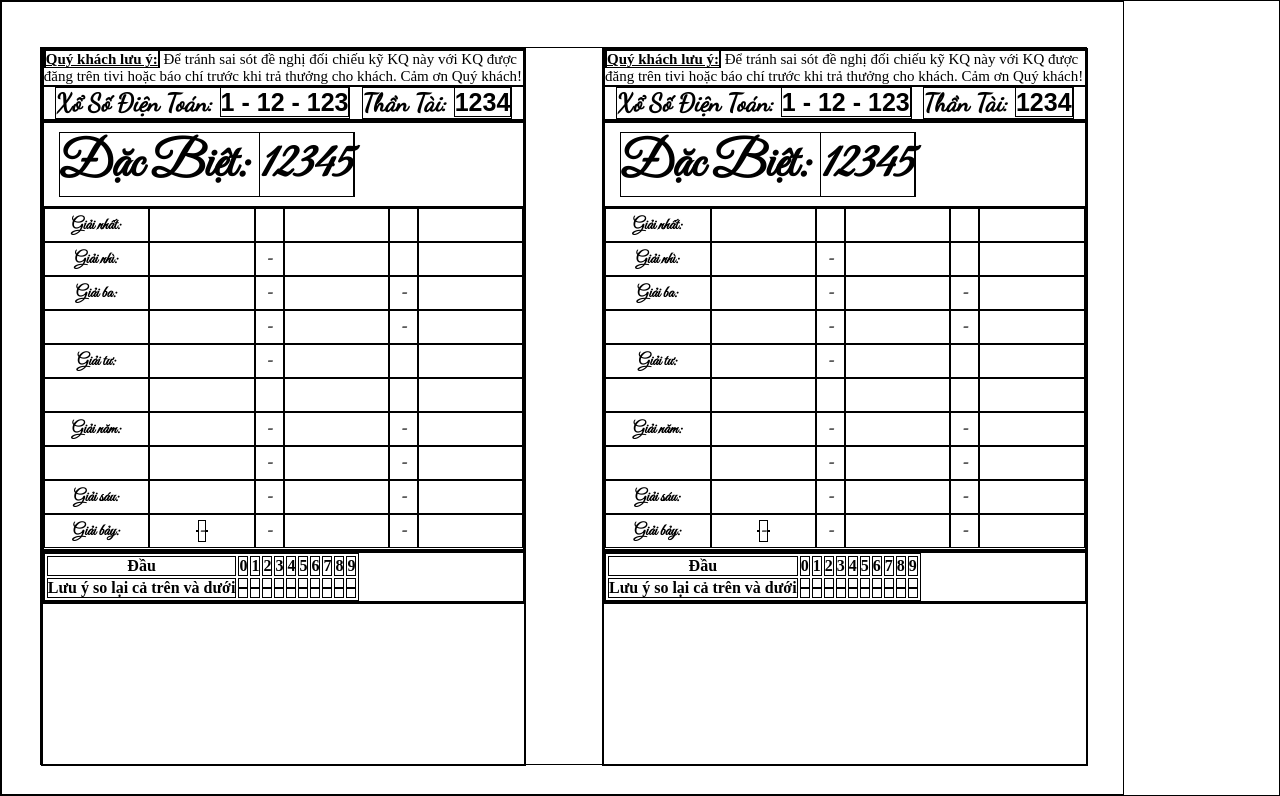
Repository: AnhDuc0125/xskt123
Page: index.html
An editor plug-in stored every save of this project. The page is shown before and after the next save, followed by the edit.
The browser window is 1280 px wide. The pictures show the whole page.
Some web fonts or font styles are not loaded; a fallback is used.

Above is the page before, as saved 2022-01-29 16:56:28.

### index.html
<!DOCTYPE html>
<html lang="en">
  <head>
    <meta charset="UTF-8" />
    <meta http-equiv="X-UA-Compatible" content="IE=edge" />
    <meta name="viewport" content="width=device-width, initial-scale=1.0" />
    <link rel="stylesheet" href="style.css" />
    <title>Document</title>
  </head>
  <body>
    <div class="boxed__container">
      <div class="boxed--1">
        <div class="header">
          <div class="header--1">
            <b><u>Quý khách lưu ý:</u></b> Để tránh sai sót đề nghị đối chiếu kỹ
            KQ này với KQ được đăng trên tivi hoặc báo chí trước khi trả thưởng
            cho khách. Cảm ơn Quý khách!
          </div>
          <div class="header--2">
            <div class="dienToan">
              Xổ Số Điện Toán:
              <span id="data__dienToan--1">1 - 12 - 123</span>
            </div>
            <div class="thanTai">
              Thần Tài: <span id="data__thanTai--1">1234</span>
            </div>
          </div>
        </div>

        <div class="body">
          <div class="body--1">
            <div class="dacBiet">
              Đặc Biệt:
              <span id="data__dacBiet">12345</span>
            </div>
          </div>
          <div class="body--2">
            <!-- row1 -->
            <div class="body__item">Giải nhất:</div>
            <div class="body__item data__body"></div>
            <div class="body__item"></div>
            <div class="body__item"></div>
            <div class="body__item"></div>
            <div class="body__item"></div>
            <!-- row2 -->
            <div class="body__item">Giải nhì:</div>
            <div class="body__item data__body"></div>
            <div class="body__item space">-</div>
            <div class="body__item data__body"></div>
            <div class="body__item"></div>
            <div class="body__item"></div>
            <!-- row3 -->
            <div class="body__item">Giải ba:</div>
            <div class="body__item data__body"></div>
            <div class="body__item space">-</div>
            <div class="body__item data__body"></div>
            <div class="body__item space">-</div>
            <div class="body__item data__body"></div>
            <!-- row4 -->
            <div class="body__item"></div>
            <div class="body__item data__body"></div>
            <div class="body__item space">-</div>
            <div class="body__item data__body"></div>
            <div class="body__item space">-</div>
            <div class="body__item data__body"></div>
            <!-- row5 -->
            <div class="body__item">Giải tư:</div>
            <div class="body__item data__body"></div>
            <div class="body__item space">-</div>
            <div class="body__item data__body"></div>
            <div class="body__item"></div>
            <div class="body__item"></div>
            <!-- row6 -->
            <div class="body__item"></div>
            <div class="body__item data__body"></div>
            <div class="body__item"></div>
            <div class="body__item data__body"></div>
            <div class="body__item"></div>
            <div class="body__item"></div>
            <!-- row7 -->
            <div class="body__item">Giải năm:</div>
            <div class="body__item data__body"></div>
            <div class="body__item space">-</div>
            <div class="body__item data__body"></div>
            <div class="body__item space">-</div>
            <div class="body__item data__body"></div>
            <!-- row8 -->
            <div class="body__item"></div>
            <div class="body__item data__body"></div>
            <div class="body__item space">-</div>
            <div class="body__item data__body"></div>
            <div class="body__item space">-</div>
            <div class="body__item data__body"></div>
            <!-- row9 -->
            <div class="body__item">Giải sáu:</div>
            <div class="body__item data__body"></div>
            <div class="body__item space">-</div>
            <div class="body__item data__body"></div>
            <div class="body__item space">-</div>
            <div class="body__item data__body"></div>
            <!-- row10 -->
            <div class="body__item">Giải bảy:</div>
            <div class="body__item">
              <span class="data__body"></span>
              <span>-</span>
              <span class="data__body"></span>
            </div>
            <div class="body__item space">-</div>
            <div class="body__item data__body"></div>
            <div class="body__item space">-</div>
            <div class="body__item data__body"></div>
          </div>
        </div>

        <div class="footer">
          <div class="footer--1">
            <table>
              <tr>
                <th class="head-footer1 fontStyle">Đầu</th>
                <th>0</th>
                <th>1</th>
                <th>2</th>
                <th>3</th>
                <th>4</th>
                <th>5</th>
                <th>6</th>
                <th>7</th>
                <th>8</th>
                <th>9</th>
              </tr>
              <tr class="tr-class">
                <th class="head-footer">Lưu ý so lại cả trên và dưới</th>
                <th class="data-fill-table">
                  <ul id="col-0"></ul>
                </th>
                <th class="data-fill-table">
                  <ul id="col-1"></ul>
                </th>
                <th class="data-fill-table">
                  <ul id="col-2"></ul>
                </th>
                <th class="data-fill-table">
                  <ul id="col-3"></ul>
                </th>
                <th class="data-fill-table">
                  <ul id="col-4"></ul>
                </th>
                <th class="data-fill-table">
                  <ul id="col-5"></ul>
                </th>
                <th class="data-fill-table">
                  <ul id="col-6"></ul>
                </th>
                <th class="data-fill-table">
                  <ul id="col-7"></ul>
                </th>
                <th class="data-fill-table">
                  <ul id="col-8"></ul>
                </th>
                <th class="data-fill-table">
                  <ul id="col-9"></ul>
                </th>
              </tr>
            </table>
          </div>
          <div class="footer--2"></div>
        </div>
      </div>
      <div class="boxed--2">
        <div class="header">
          <div class="header--1">
            <b><u>Quý khách lưu ý:</u></b> Để tránh sai sót đề nghị đối chiếu kỹ
            KQ này với KQ được đăng trên tivi hoặc báo chí trước khi trả thưởng
            cho khách. Cảm ơn Quý khách!
          </div>
          <div class="header--2">
            <div class="dienToan">
              Xổ Số Điện Toán:
              <span id="data__dienToan--2">1 - 12 - 123</span>
            </div>
            <div class="thanTai">
              Thần Tài: <span id="data__thanTai--2">1234</span>
            </div>
          </div>
        </div>

        <div class="body">
          <div class="body--1">
            <div class="dacBiet">
              Đặc Biệt:
              <span id="data__dacBiet">12345</span>
            </div>
          </div>
          <div class="body--2">
            <!-- row1 -->
            <div class="body__item">Giải nhất:</div>
            <div class="body__item data__body"></div>
            <div class="body__item"></div>
            <div class="body__item"></div>
            <div class="body__item"></div>
            <div class="body__item"></div>
            <!-- row2 -->
            <div class="body__item">Giải nhì:</div>
            <div class="body__item data__body"></div>
            <div class="body__item space">-</div>
            <div class="body__item data__body"></div>
            <div class="body__item"></div>
            <div class="body__item"></div>
            <!-- row3 -->
            <div class="body__item">Giải ba:</div>
            <div class="body__item data__body"></div>
            <div class="body__item space">-</div>
            <div class="body__item data__body"></div>
            <div class="body__item space">-</div>
            <div class="body__item data__body"></div>
            <!-- row4 -->
            <div class="body__item"></div>
            <div class="body__item data__body"></div>
            <div class="body__item space">-</div>
            <div class="body__item data__body"></div>
            <div class="body__item space">-</div>
            <div class="body__item data__body"></div>
            <!-- row5 -->
            <div class="body__item">Giải tư:</div>
            <div class="body__item data__body"></div>
            <div class="body__item space">-</div>
            <div class="body__item data__body"></div>
            <div class="body__item"></div>
            <div class="body__item"></div>
            <!-- row6 -->
            <div class="body__item"></div>
            <div class="body__item data__body"></div>
            <div class="body__item"></div>
            <div class="body__item data__body"></div>
            <div class="body__item"></div>
            <div class="body__item"></div>
            <!-- row7 -->
            <div class="body__item">Giải năm:</div>
            <div class="body__item data__body"></div>
            <div class="body__item space">-</div>
            <div class="body__item data__body"></div>
            <div class="body__item space">-</div>
            <div class="body__item data__body"></div>
            <!-- row8 -->
            <div class="body__item"></div>
            <div class="body__item data__body"></div>
            <div class="body__item space">-</div>
            <div class="body__item data__body"></div>
            <div class="body__item space">-</div>
            <div class="body__item data__body"></div>
            <!-- row9 -->
            <div class="body__item">Giải sáu:</div>
            <div class="body__item data__body"></div>
            <div class="body__item space">-</div>
            <div class="body__item data__body"></div>
            <div class="body__item space">-</div>
            <div class="body__item data__body"></div>
            <!-- row10 -->
            <div class="body__item">Giải bảy:</div>
            <div class="body__item">
              <span class="data__body"></span>
              <span>-</span>
              <span class="data__body"></span>
            </div>
            <div class="body__item space">-</div>
            <div class="body__item data__body"></div>
            <div class="body__item space">-</div>
            <div class="body__item data__body"></div>
          </div>
        </div>

        <div class="footer">
          <div class="footer--1">
            <table>
              <tr>
                <th class="head-footer1 fontStyle">Đầu</th>
                <th>0</th>
                <th>1</th>
                <th>2</th>
                <th>3</th>
                <th>4</th>
                <th>5</th>
                <th>6</th>
                <th>7</th>
                <th>8</th>
                <th>9</th>
              </tr>
              <tr class="tr-class">
                <th class="head-footer">Lưu ý so lại cả trên và dưới</th>
                <th class="data-fill-table">
                  <ul id="col-0--1"></ul>
                </th>
                <th class="data-fill-table">
                  <ul id="col-1--1"></ul>
                </th>
                <th class="data-fill-table">
                  <ul id="col-2--1"></ul>
                </th>
                <th class="data-fill-table">
                  <ul id="col-3--1"></ul>
                </th>
                <th class="data-fill-table">
                  <ul id="col-4--1"></ul>
                </th>
                <th class="data-fill-table">
                  <ul id="col-5--1"></ul>
                </th>
                <th class="data-fill-table">
                  <ul id="col-6--1"></ul>
                </th>
                <th class="data-fill-table">
                  <ul id="col-7--1"></ul>
                </th>
                <th class="data-fill-table">
                  <ul id="col-8--1"></ul>
                </th>
                <th class="data-fill-table">
                  <ul id="col-9--1"></ul>
                </th>
              </tr>
            </table>
          </div>
          <div class="footer--2"></div>
        </div>
      </div>
    </div>
  </body>
</html>

### style.css
@import url("https://fonts.googleapis.com/css2?family=Great+Vibes&display=swap");
@import url("https://fonts.googleapis.com/css2?family=Dancing+Script&display=swap");
@import url("https://fonts.googleapis.com/css2?family=Andada+Pro:ital,wght@1,800&display=swap");

* {
  margin: 0;
  padding: 0;
  box-sizing: border-box;
  border: 1px solid black;
}

body {
  width: 29.7cm;
  height: 21cm;
}

.boxed__container {
  width: 27.7cm;
  height: 19cm;
  margin: 1.2cm 1cm 0.8cm;
  display: grid;
  grid-template-columns: 12.85cm 12.85cm;
  grid-template-rows: 19cm;
  column-gap: 2cm;
}

.boxed--1,
.boxed--2 {
  width: 12.85cm;
  height: 19cm;
}

/* header css*/
.header {
  width: 100%;
  height: 10%;
}

.header--1 {
  font-size: 15px;
}

.header--2 {
  font-family: "Dancing Script", cursive;
  font-weight: bold;
  font-size: 25px;
  display: flex;
  justify-content: space-evenly;
}

#data__dienToan--1,
#data__thanTai--1,
#data__dienToan--2,
#data__thanTai--2 {
  font-family: arial;
}

/* body css*/
.body {
  width: 100%;
  height: 60%;
  font-family: "Great Vibes", cursive;
  font-weight: bold;
}

.body--1 {
  width: 100%;
  height: 20%;
  display: flex;
  align-items: center;
}

.body--1 .dacBiet {
  font-size: 50px;
  margin-left: 15px;
}

.body--2 {
  width: 100%;
  height: 80%;
  display: grid;
  grid-template-columns: 22% 22% 6% 22% 6% 22%;
  grid-template-rows: 10% 10% 10% 10% 10% 10% 10% 10% 10% 10%;
}

.body--2 .body__item {
  display: flex;
  justify-content: center;
  align-items: center;
}

.footer {
  width: 100%;
  height: 30%;
}

After the next save:
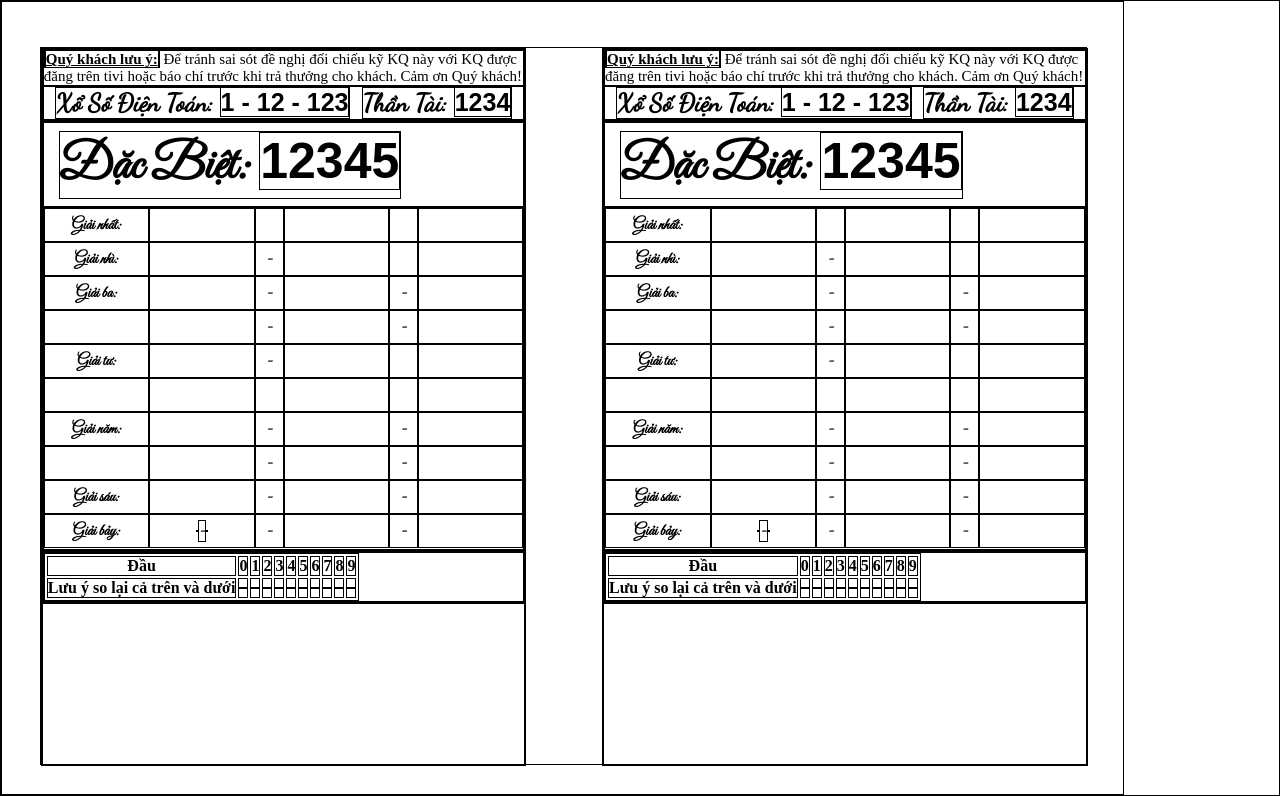
Saved 74 s later.
--- a/style.css
+++ b/style.css
@@ -51,7 +51,9 @@ body {
 #data__dienToan--1,
 #data__thanTai--1,
 #data__dienToan--2,
-#data__thanTai--2 {
+#data__thanTai--2,
+#data__dacBiet,
+.data__body {
   font-family: arial;
 }
 
